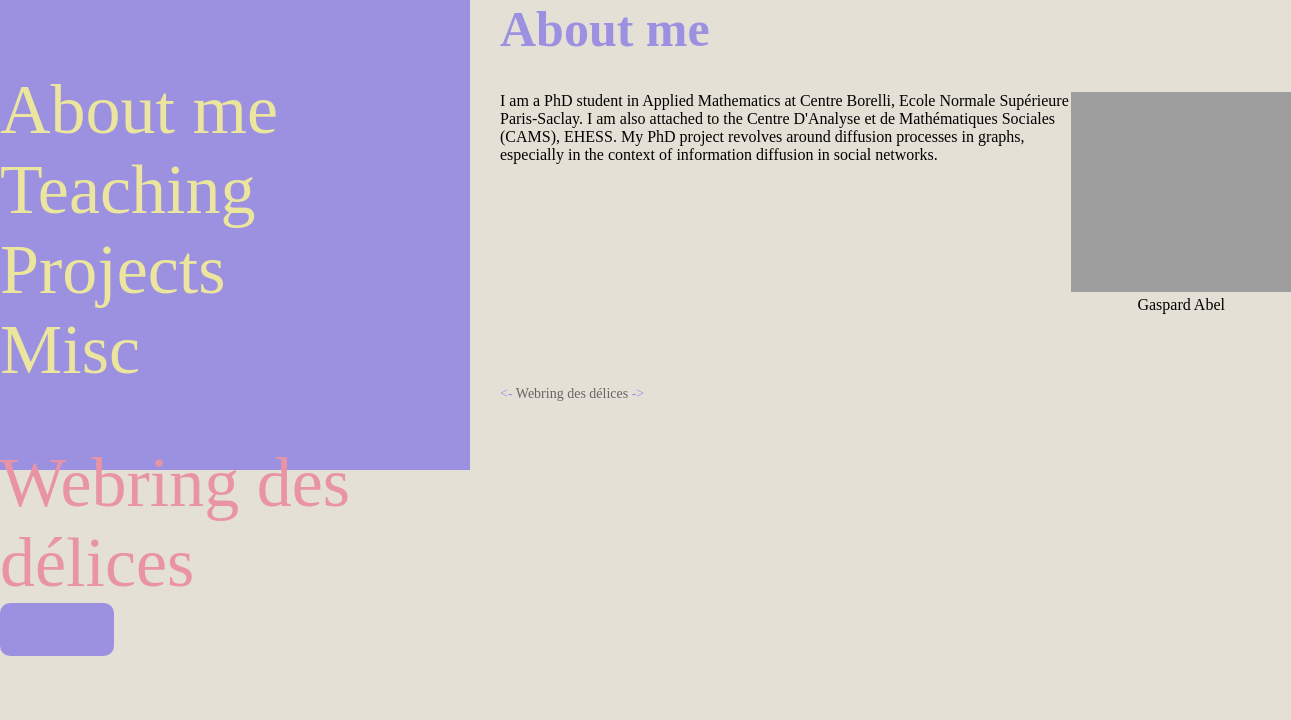
Repository: gaetanserre/gas-abel.github.io
Page: .vscode/gas-abel.github.io/index.html
These files come from the project's save history. The page is drawn as it stood at one moment and after the next save; the edit follows.
The browser window is 1280 px wide. The page is 1291 px wide, so the pictures cover 1291 px, including what lies to the right of the window. The pictures show the whole page.
Pictures or frames that could not be fetched are drawn as grey boxes. Some web fonts or font styles are not loaded; a fallback is used.

Above is the page before, as saved 2025-06-29 19:50:31.

After the next save:
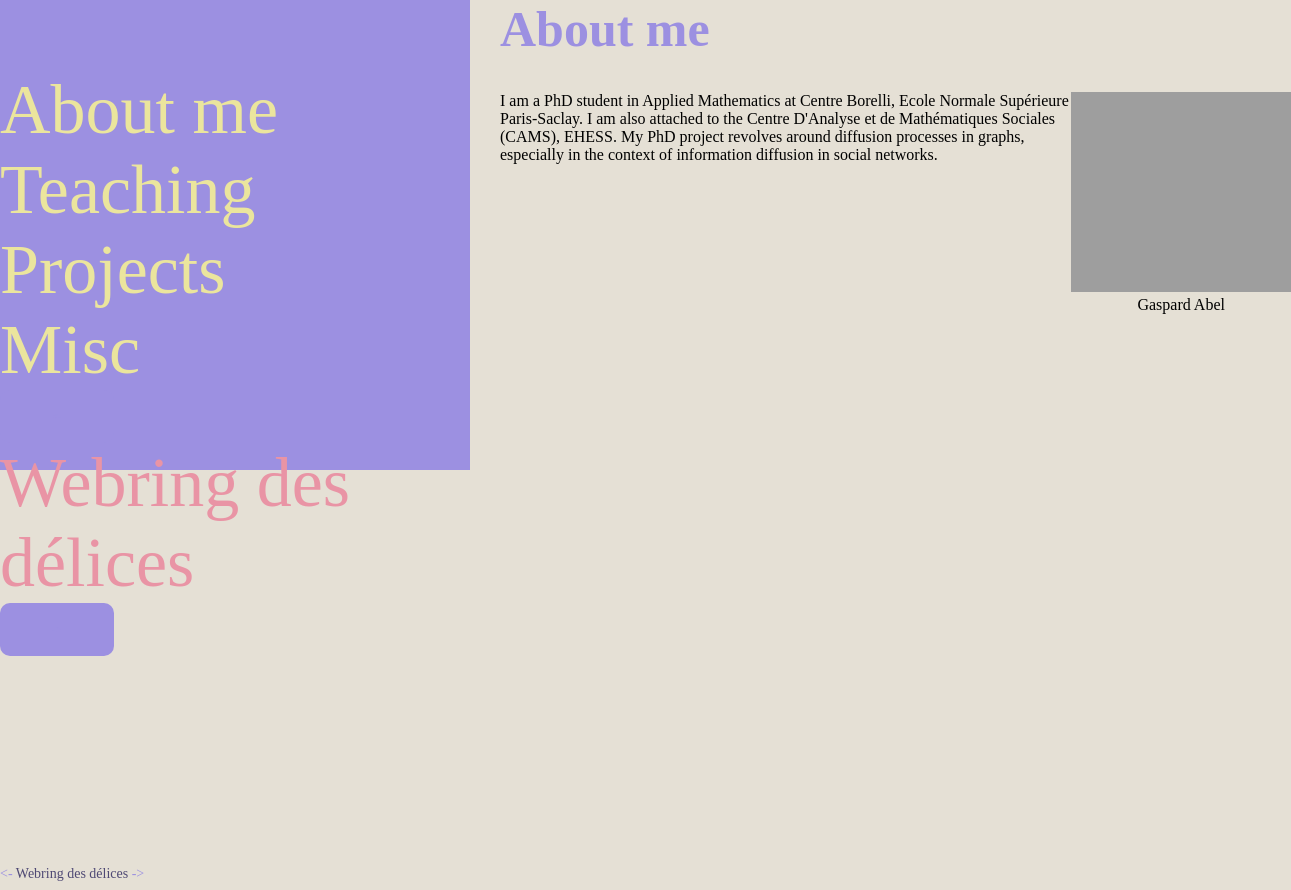
Saved 15 s later.
--- a/.vscode/gas-abel.github.io/style.css
+++ b/.vscode/gas-abel.github.io/style.css
@@ -72,9 +72,9 @@ figcaption {
 }
 
 #footnotes {
-  margin-top: 20px;
+  margin-top: 500px;
   font-size: 14px;
-  color: #666;
+  color: #4f4974;
 }
 
 .navbar a {
